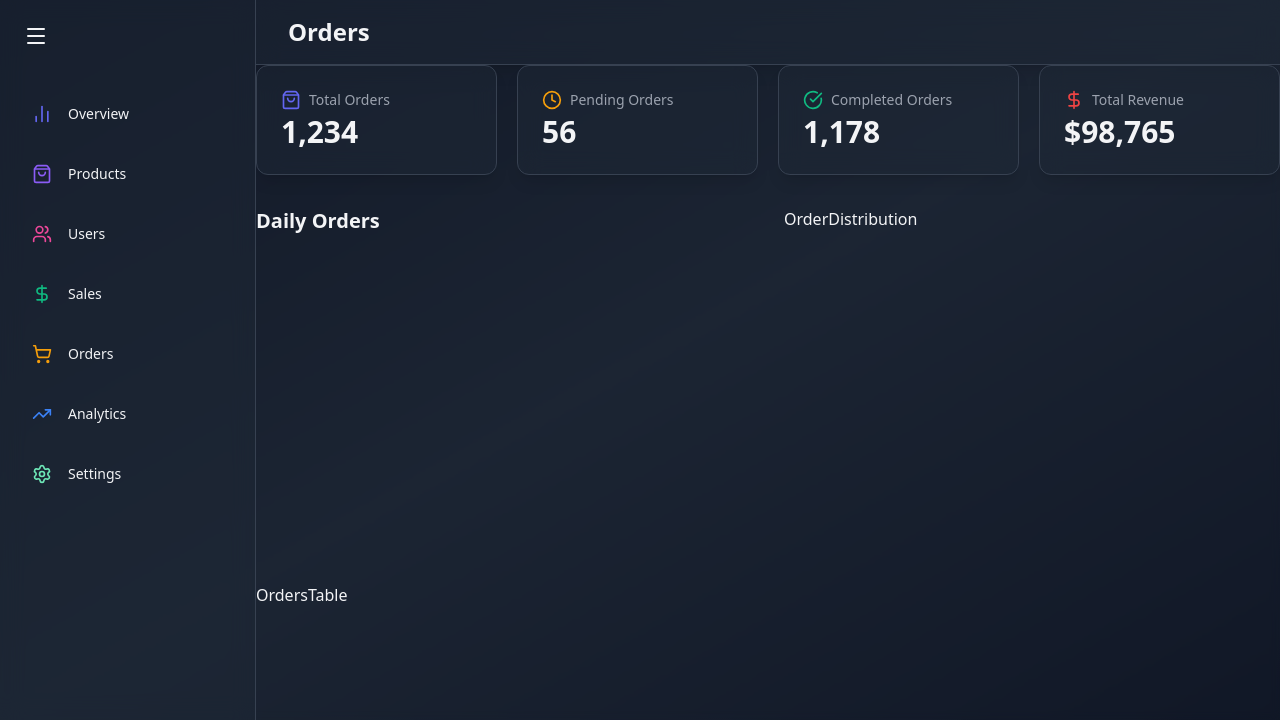
Repository: Abdirabi11/React-dashboard
Page: /orders
The author's editor kept a copy of each file at every save. The page is drawn from the files as they stood at one save, then again after the next save.
The browser window is 1280 px wide. The pictures show the whole page.
The project was rebuilt for these pictures with package versions that can differ from the ones it lists, and the page was loaded fresh each time. Also part of the build but not shown: vite.config.js, src/components/overview/SalesOverviewChart.jsx, src/components/overview/CategoryDistributionChart.jsx, src/components/overview/SalesChannelChart.jsx, src/pages/OverviewPage.jsx, src/components/products/SalesTrendChart.jsx, src/components/products/ProductsTable.jsx, src/pages/ProductsPage.jsx and 11 more.

Above is the page before, as saved 2025-07-19 10:51:28.

### src/components/common/Sidebar.jsx
import { BarChart2, DollarSign, Menu, Settings, ShoppingBag, ShoppingCart, TrendingUp, Users } from "lucide-react";
import { useState } from "react";
import { AnimatePresence, motion } from "framer-motion";
import { Link } from "react-router-dom";

const SIDEBAR_ITEMS = [
	{
		name: "Overview",
		icon: BarChart2,
		color: "#6366f1",
		href: "/",
	},
	{ name: "Products", icon: ShoppingBag, color: "#8B5CF6", href: "/products" },
	{ name: "Users", icon: Users, color: "#EC4899", href: "/users" },
	{ name: "Sales", icon: DollarSign, color: "#10B981", href: "/sales" },
	{ name: "Orders", icon: ShoppingCart, color: "#F59E0B", href: "/orders" },
	{ name: "Analytics", icon: TrendingUp, color: "#3B82F6", href: "/analytics" },
	{ name: "Settings", icon: Settings, color: "#6EE7B7", href: "/settings" },
];

const Sidebar = () => {
	const [isSidebarOpen, setIsSidebarOpen] = useState(true);

	return (
		<motion.div
			className={`relative z-10 transition-all duration-300 ease-in-out flex-shrink-0 ${
				isSidebarOpen ? "w-64" : "w-20"
			}`}
			animate={{ width: isSidebarOpen ? 256 : 80 }}
		>
			<div className='h-full bg-gray-800 bg-opacity-50 backdrop-blur-md p-4 flex flex-col border-r border-gray-700'>
				<motion.button
					whileHover={{ scale: 1.1 }}
					whileTap={{ scale: 0.9 }}
					onClick={() => setIsSidebarOpen(!isSidebarOpen)}
					className='p-2 rounded-full hover:bg-gray-700 transition-colors max-w-fit'
				>
					<Menu size={24} />
				</motion.button>

				<nav className='mt-8 flex-grow'>
					{SIDEBAR_ITEMS.map((item) => (
						<Link key={item.href} to={item.href}>
							<motion.div className='flex items-center p-4 text-sm font-medium rounded-lg hover:bg-gray-700 transition-colors mb-2'>
								<item.icon size={20} style={{ color: item.color, minWidth: "20px" }} />
								<AnimatePresence>
									{isSidebarOpen && (
										<motion.span
											className='ml-4 whitespace-nowrap'
											initial={{ opacity: 0, width: 0 }}
											animate={{ opacity: 1, width: "auto" }}
											exit={{ opacity: 0, width: 0 }}
											transition={{ duration: 0.2, delay: 0.3 }}
										>
											{item.name}
										</motion.span>
									)}
								</AnimatePresence>
							</motion.div>
						</Link>
					))}
				</nav>
			</div>
		</motion.div>
	);
};
export default Sidebar;

### src/pages/OrdersPage.jsx
import { CheckCircle, Clock, DollarSign, ShoppingBag } from "lucide-react";
import { motion } from "framer-motion";

import Header from "../components/common/Header";
import StatCard from "../components/common/StatCard";
import DailyOrders from "../components/orders/DailyOrders";
import OrderDistribution from "../components/orders/OrderDistribution";
import OrdersTable from "../components/orders/OrdersTable";

const orderStats = {
	totalOrders: "1,234",
	pendingOrders: "56",
	completedOrders: "1,178",
	totalRevenue: "$98,765",
};

const OrdersPage = () => {
	return (
		<div className="flex-1 relative z-10 overflow-auto">
			<Header title={"Orders"}/>
			<main className="max-w-7xl mx-auto">
				<motion.div
				 className="grid grid-cols-1 gap-5 sm:grid-cols-2 lg:grid-cols-4 mb-8"
				 initial={{opacity:0, y:20}}
				 animate={{ opacity: 1, y: 0 }}
				 transition={{ duration: 1 }}
				>
					<StatCard name='Total Orders' icon={ShoppingBag} value={orderStats.totalOrders} color='#6366F1' />
					<StatCard name='Pending Orders' icon={Clock} value={orderStats.pendingOrders} color='#F59E0B' />
					<StatCard
						name='Completed Orders'
						icon={CheckCircle}
						value={orderStats.completedOrders}
						color='#10B981'
					/>
					<StatCard name='Total Revenue' icon={DollarSign} value={orderStats.totalRevenue} color='#EF4444' />
				</motion.div>
				<div className='grid grid-cols-1 lg:grid-cols-2 gap-8 mb-8'>
					<DailyOrders />
					<OrderDistribution />
				</div>
				<OrdersTable />
			</main>
		</div>
	);
};
export default OrdersPage;

### src/components/orders/DailyOrders.jsx
import {motion} from "framer-motion";
import { LineChart, ResponsiveContainer } from "recharts";

const dailyOrdersData = [
	{ date: "07/01", orders: 45 },
	{ date: "07/02", orders: 52 },
	{ date: "07/03", orders: 49 },
	{ date: "07/04", orders: 60 },
	{ date: "07/05", orders: 55 },
	{ date: "07/06", orders: 58 },
	{ date: "07/07", orders: 62 },
];

const DailyOrders = () => {
  return (
    <motion.div>
        <h2 className='text-xl font-semibold text-gray-100 mb-4'>Daily Orders</h2>
        <div style={{ width: "100%", height: 300 }}>
            <ResponsiveContainer>
                <LineChart data={dailyOrdersData}>

                </LineChart>
            </ResponsiveContainer>
        </div>
    </motion.div>
  )
}

export default DailyOrders

### src/components/orders/OrderDistribution.jsx
import React from 'react'

const OrderDistribution = () => {
  return (
    <div>OrderDistribution</div>
  )
}

export default OrderDistribution

### src/components/orders/OrdersTable.jsx
import React from 'react'

const OrdersTable = () => {
  return (
    <div>OrdersTable</div>
  )
}

export default OrdersTable

Loaded but not shown: index.html (common file); src/main.jsx (common file); src/App.jsx (common file); src/index.css (common file); src/components/common/Header.jsx (common file); src/components/common/StatCard.jsx (common file); tailwind.config.js (common file)

After the next save:
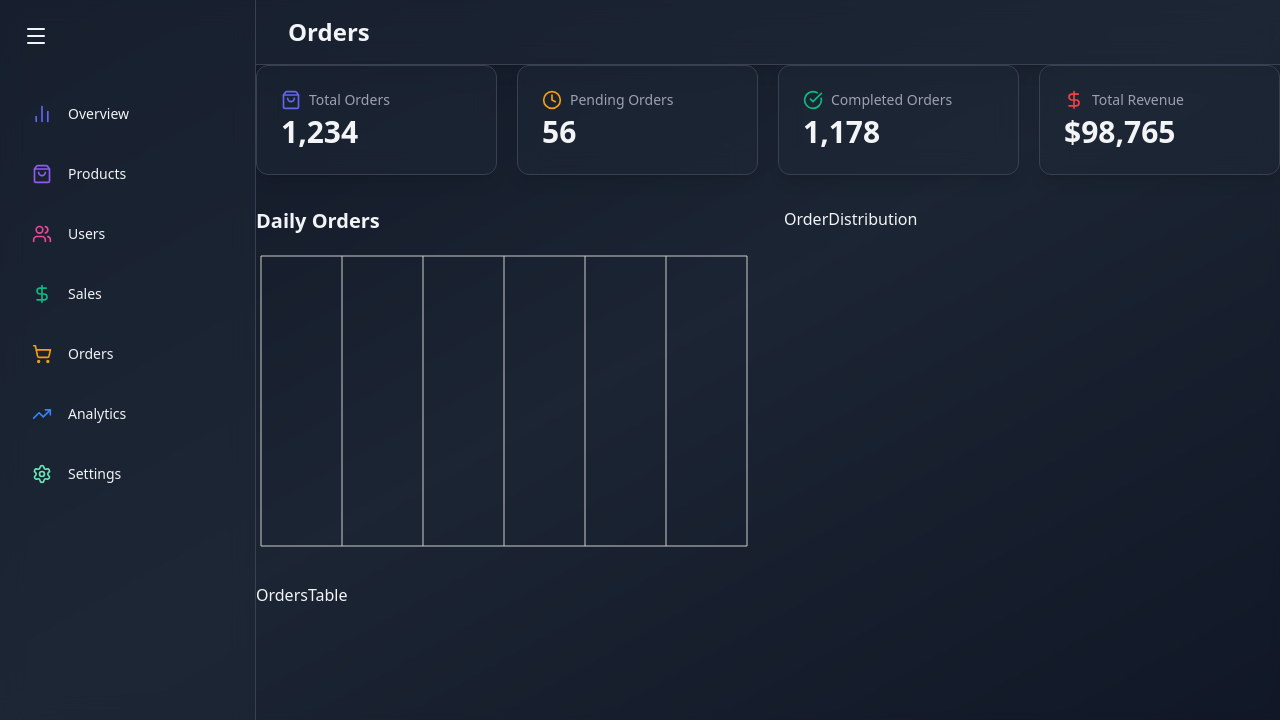
Saved 13 s later.
--- a/src/components/orders/DailyOrders.jsx
+++ b/src/components/orders/DailyOrders.jsx
@@ -1,5 +1,5 @@
 import {motion} from "framer-motion";
-import { LineChart, ResponsiveContainer } from "recharts";
+import { CartesianGrid, LineChart, ResponsiveContainer } from "recharts";
 
 const dailyOrdersData = [
 	{ date: "07/01", orders: 45 },
@@ -18,7 +18,7 @@ const DailyOrders = () => {
         <div style={{ width: "100%", height: 300 }}>
             <ResponsiveContainer>
                 <LineChart data={dailyOrdersData}>
-
+                    <CartesianGrid />
                 </LineChart>
             </ResponsiveContainer>
         </div>
